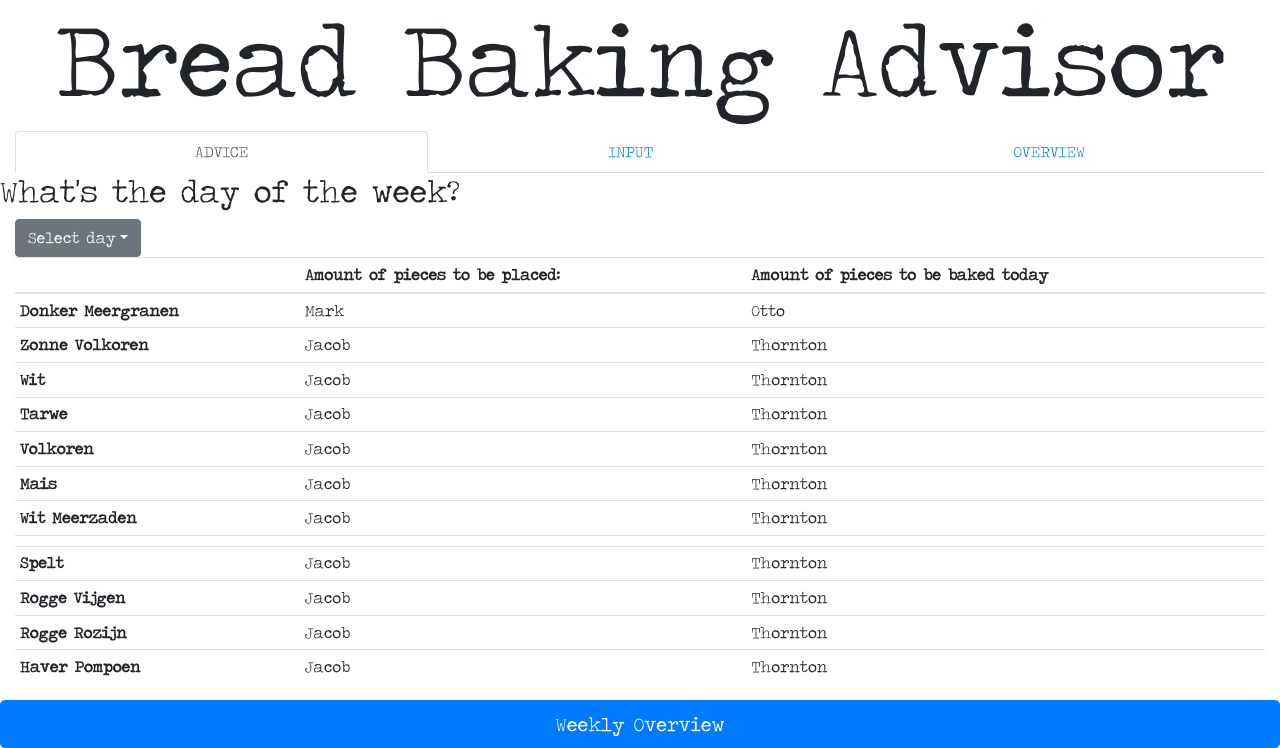
Repository: MarthGimenzo/bread-baking-advisor
Page: index.html
The author's editor kept a record of every edit. The page is drawn from the files as they stood at one moment, then again after the next edit.
The browser window is 1280 px wide. The pictures show the whole page.

Above is the page before.

### index.html
<!doctype html>
<html lang="en">

<head>
    <!-- Required meta tags -->
    <meta charset="utf-8">
    <meta name="viewport" content="width=device-width, initial-scale=1, shrink-to-fit=no">

    <!-- Bootstrap CSS -->
    <link rel="stylesheet" href="https://stackpath.bootstrapcdn.com/bootstrap/4.3.1/css/bootstrap.min.css" integrity="sha384-ggOyR0iXCbMQv3Xipma34MD+dH/1fQ784/j6cY/iJTQUOhcWr7x9JvoRxT2MZw1T" crossorigin="anonymous">
    <link rel="stylesheet" href="" type="text/css" />
    <link rel="stylesheet" href="assets/css/stylesheet.css" type="text/css" charset="utf-8" />
    <title>Bread Baking Advisor</title>
</head>

<body>

    <h1>Bread Baking Advisor</h1>
    <div class="container-fluid">
        <ul class="nav nav-tabs nav-fill">
            <li class="nav-item">
                <a class="nav-link active" href="#">ADVICE</a>
            </li>
            <li class="nav-item">
                <a class="nav-link" href="#">INPUT</a>
            </li>
            <li class="nav-item">
                <a class="nav-link" href="#">OVERVIEW</a>
            </li>
        </ul>
    </div>
    <h2>What's the day of the week?</h2>
    <div class="container-fluid">
        <div class="dropdown">
            <button class="btn btn-secondary dropdown-toggle" type="button" id="dropdownMenuButton" data-toggle="dropdown" aria-haspopup="true" aria-expanded="false">Select day</button>
            <div class="dropdown-menu" aria-labelledby="dropdownMenuButton">
                <a class="dropdown-item" href="#">Tuesday</a>
                <a class="dropdown-item" href="#">Wednesday</a>
                <a class="dropdown-item" href="#">Thursday</a>
                <a class="dropdown-item" href="#">Friday</a>
                <a class="dropdown-item" href="#">Saturday</a>
                <a class="dropdown-item" href="#">Sunday</a>
            </div>
        </div>
    </div>
    <div class="container-fluid">
        <table class="table table-sm">
            <thead>
                <tr>
                    <th scope="col"></th>
                    <th scope="col">Amount of pieces to be placed:</th>
                    <th scope="col">Amount of pieces to be baked today</th>

                </tr>
            </thead>
            <tbody>
                <tr>
                    <th scope="row">Donker Meergranen</th>
                    <td>Mark</td>
                    <td>Otto</td>
                </tr>
                <tr>
                    <th scope="row">Zonne Volkoren</th>
                    <td>Jacob</td>
                    <td>Thornton</td>
                </tr>
                <tr>
                    <th scope="row">Wit</th>
                    <td>Jacob</td>
                    <td>Thornton</td>
                </tr>
                <tr>
                    <th scope="row">Tarwe</th>
                    <td>Jacob</td>
                    <td>Thornton</td>
                </tr>
                <tr>
                    <th scope="row">Volkoren</th>
                    <td>Jacob</td>
                    <td>Thornton</td>
                </tr>
                <tr>
                    <th scope="row">Mais</th>
                    <td>Jacob</td>
                    <td>Thornton</td>
                </tr>
                <tr>
                    <th scope="row">Wit Meerzaden</th>
                    <td>Jacob</td>
                    <td>Thornton</td>
                </tr>
                <tr>
                    <th scope="row"></th>
                    <td></td>
                    <td></td>
                </tr>
                <tr>
                    <th scope="row">Spelt</th>
                    <td>Jacob</td>
                    <td>Thornton</td>
                </tr>
                <tr>
                    <th scope="row">Rogge Vijgen</th>
                    <td>Jacob</td>
                    <td>Thornton</td>
                </tr>
                <tr>
                    <th scope="row">Rogge Rozijn</th>
                    <td>Jacob</td>
                    <td>Thornton</td>
                </tr>
                <tr>
                    <th scope="row">Haver Pompoen</th>
                    <td>Jacob</td>
                    <td>Thornton</td>
                </tr>
            </tbody>
        </table>
    </div>
<footer>
    <button type="button" class="btn btn-primary btn-lg btn-block">Weekly Overview</button>
</footer>



    <!-- Optional JavaScript -->
    <!-- jQuery first, then Popper.js, then Bootstrap JS -->
    <script src="https://code.jquery.com/jquery-3.3.1.slim.min.js" integrity="sha384-q8i/X+965DzO0rT7abK41JStQIAqVgRVzpbzo5smXKp4YfRvH+8abtTE1Pi6jizo" crossorigin="anonymous"></script>
    <script src="https://cdnjs.cloudflare.com/ajax/libs/popper.js/1.14.7/umd/popper.min.js" integrity="sha384-UO2eT0CpHqdSJQ6hJty5KVphtPhzWj9WO1clHTMGa3JDZwrnQq4sF86dIHNDz0W1" crossorigin="anonymous"></script>
    <script src="https://stackpath.bootstrapcdn.com/bootstrap/4.3.1/js/bootstrap.min.js" integrity="sha384-JjSmVgyd0p3pXB1rRibZUAYoIIy6OrQ6VrjIEaFf/nJGzIxFDsf4x0xIM+B07jRM" crossorigin="anonymous"></script>
</body>

</html>

### assets/css/stylesheet.css
/*! Generated by Font Squirrel (https://www.fontsquirrel.com) on October 22, 2019 */

@font-face {
    font-family: 'traveling__typewriterregular';
    src: url('fonts/travelingtypewriter-webfont.woff2') format('woff2'),
         url('fonts/travelingtypewriter-webfont.woff') format('woff');
    font-weight: normal;
    font-style: normal;

}

h1 {
  font-size: 8vw;
  text-align: center;
}

h1 {
  font-size: 8vw;
  text-align: center;
}

body {
    font-family: 'traveling__typewriterregular', Arial, sans-serif;

}

After the next edit:
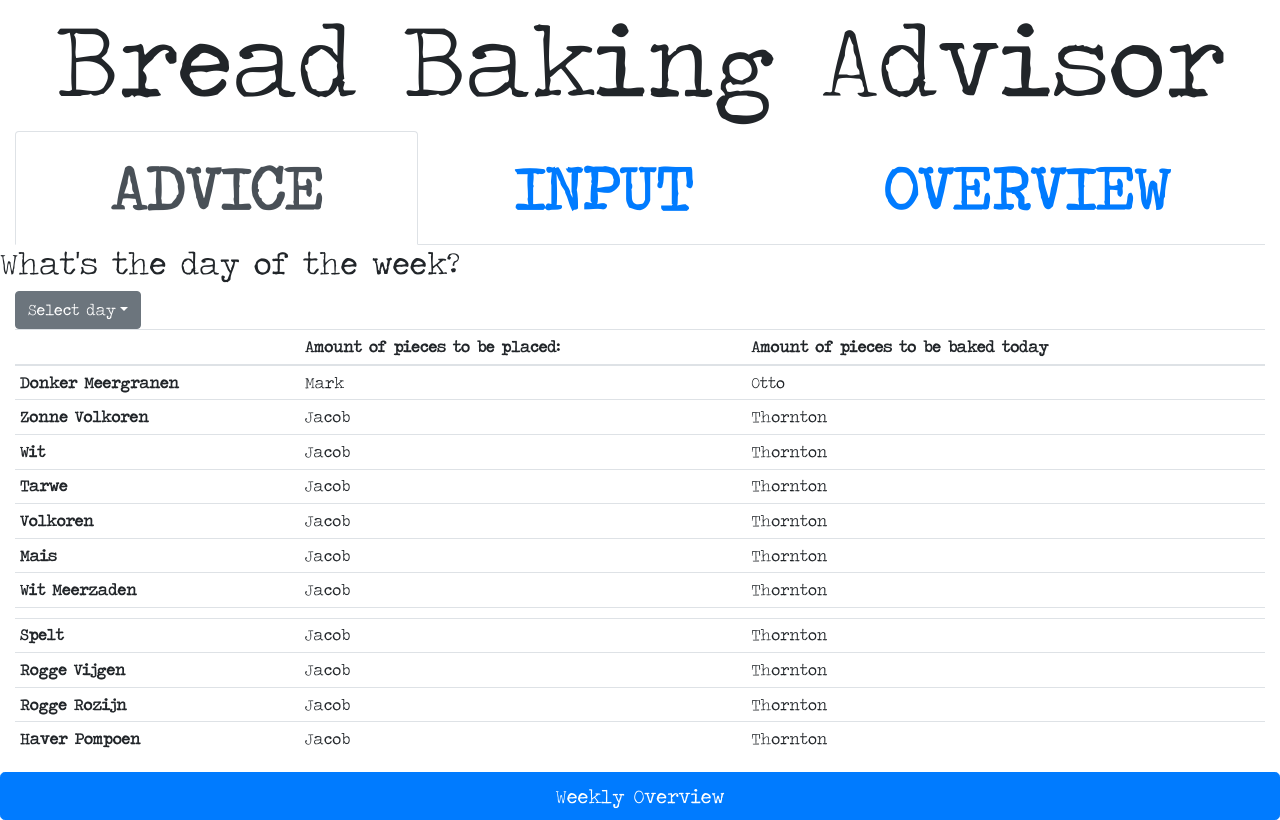
The edit:
--- a/assets/css/stylesheet.css
+++ b/assets/css/stylesheet.css
@@ -14,9 +14,10 @@
   text-align: center;
 }
 
-h1 {
-  font-size: 8vw;
+.nav-link {
+  font-size: 5vw;
   text-align: center;
+  font-weight: bold;
 }
 
 body {
